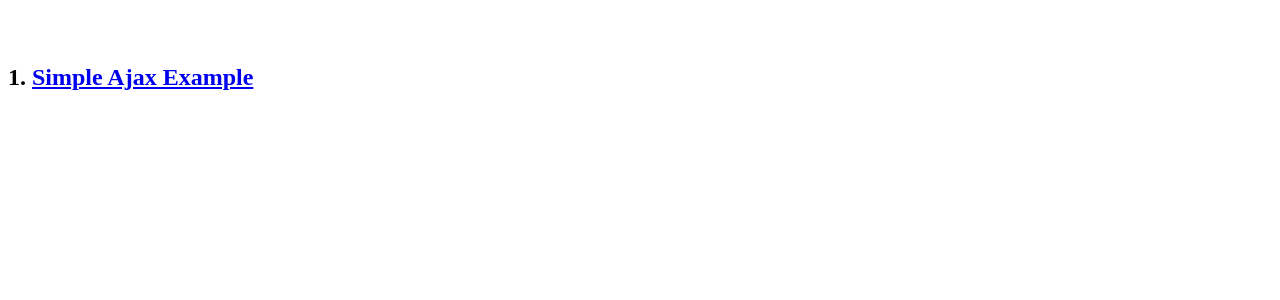
Repository: superThisMe/spring-basic
Page: http://localhost/07.spring-ajax/
An editor plug-in stored every save of this project. The page is shown before and after the next save, followed by the edit.
The browser window is 1280 px wide. The pictures show the whole page.
The page is served by Tomcat 9.

Above is the page before, as saved 2020-01-02 07:18:55.

After the next save:
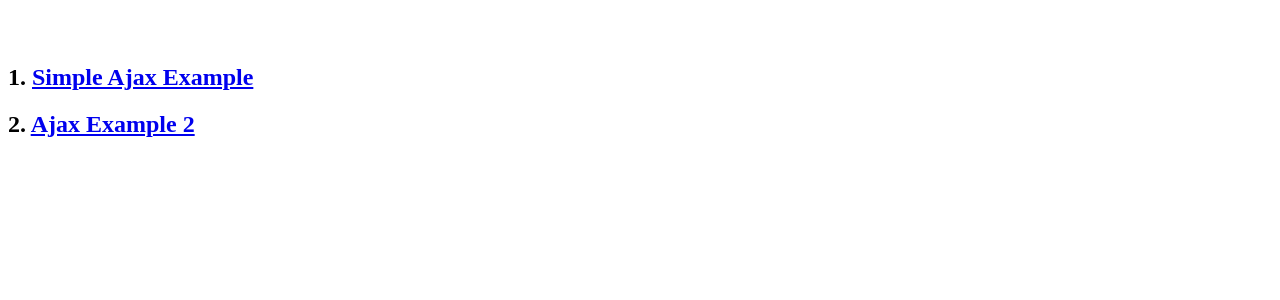
Saved 86 s later.
--- a/07.spring-ajax/src/main/webapp/WEB-INF/views/home.jsp
+++ b/07.spring-ajax/src/main/webapp/WEB-INF/views/home.jsp
@@ -7,5 +7,6 @@
 <body>
 	<br><br>
 	<h2>1. <a href="ajax-example">Simple Ajax Example</a></h2>
+	<h2>2. <a href="ajax-example2">Ajax Example 2</a></h2>
 </body>
 </html>
